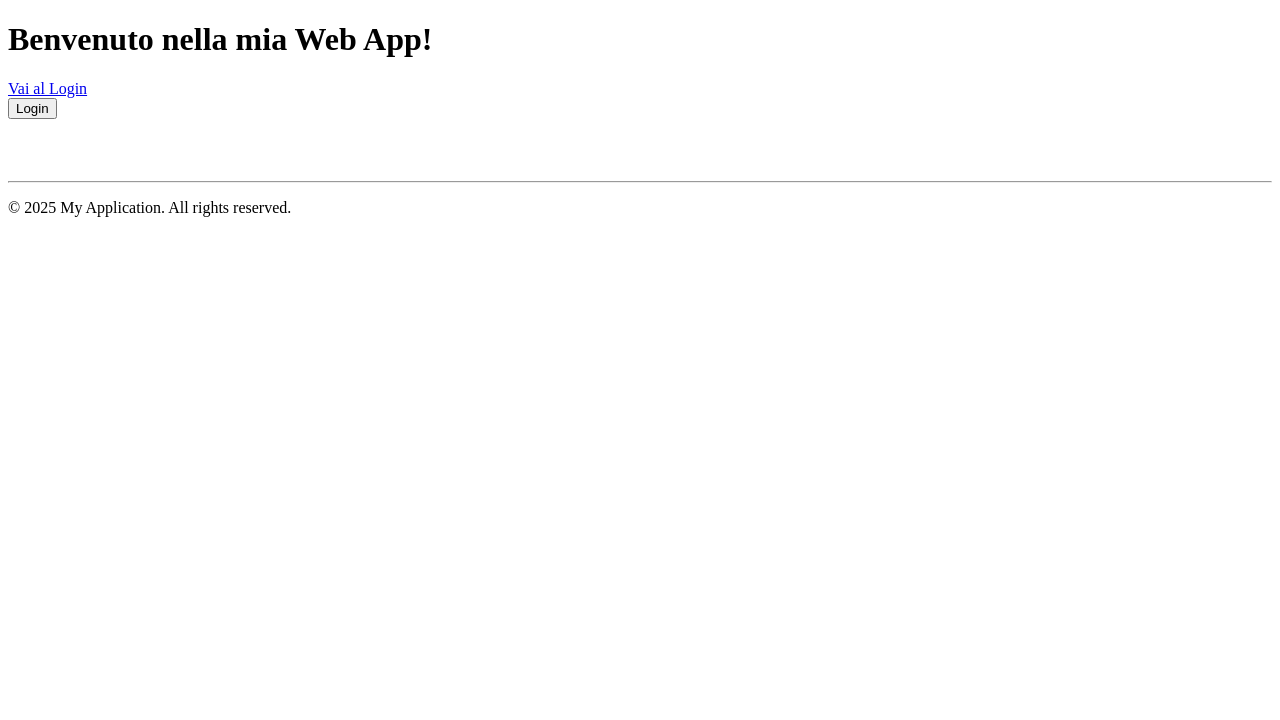
Repository: PcarloP/java_se
Page: http://localhost/anagraficaweb/jsp/home.jsp
These files come from the project's save history. The page is drawn as it stood at one moment and after the next save; the edit follows.
The browser window is 1280 px wide. The pictures show the whole page.
The page is served by Tomcat 10. Other server files are loaded and not shown.

Above is the page before, as saved 2025-06-23 07:02:34.

### anagraficaweb/WebContent/jsp/home.jsp
<!DOCTYPE html>
<html lang="it">
<head>
    <meta charset="UTF-8">
    <title>Benvenuto</title>
</head>
 <body>


  <div class="card">
    <h1>Benvenuto nella mia Web App!</h1>
    <a href="home.jsp">Vai al Login</a>
    <br />
    <button onclick="window.location.href='home.jsp'">Login</button>
  </div>


  <br>
  <br>
  <br>
  <hr>
    <jsp:include page="footer.jsp"/>

 </body>
</html>

### anagraficaweb/WebContent/jsp/footer.jsp
<footer>
	<p>&copy; 2025 My Application. All rights reserved.</p>
</footer>

After the next save:
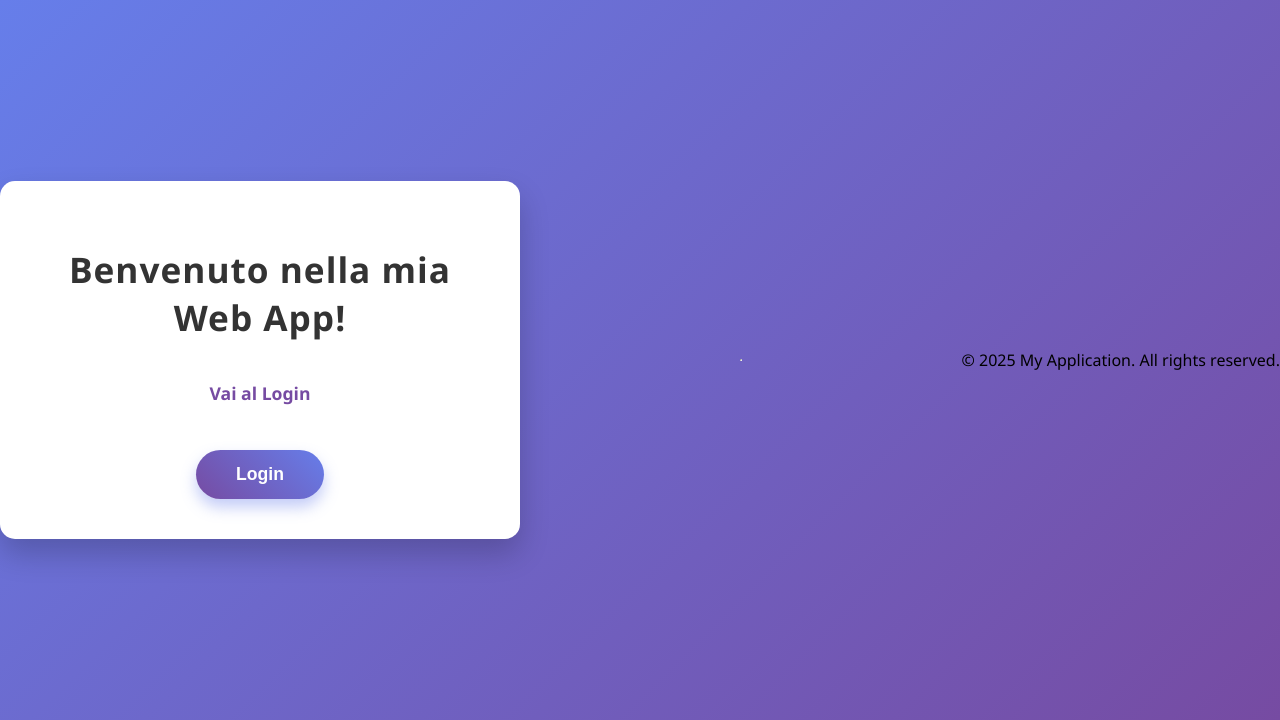
Saved 66 s later.
--- a/anagraficaweb/WebContent/jsp/home.jsp
+++ b/anagraficaweb/WebContent/jsp/home.jsp
@@ -3,6 +3,74 @@
 <head>
     <meta charset="UTF-8">
     <title>Benvenuto</title>
+     <style>
+    /* Sfondo sfumato */
+    body {
+      margin: 0;
+      height: 100vh;
+      font-family: 'Segoe UI', Tahoma, Geneva, Verdana, sans-serif;
+      background: linear-gradient(135deg, #667eea, #764ba2);
+      display: flex;
+      justify-content: center;
+      align-items: center;
+    }
+
+    /* Card centrale */
+    .card {
+      background: white;
+      padding: 40px 60px;
+      border-radius: 15px;
+      box-shadow: 0 15px 30px rgba(0,0,0,0.2);
+      text-align: center;
+      max-width: 400px;
+      width: 90%;
+    }
+
+    h1 {
+      margin-bottom: 20px;
+      color: #333;
+      font-weight: 700;
+      font-size: 2.2rem;
+      letter-spacing: 1px;
+    }
+
+    a {
+      display: inline-block;
+      margin: 20px 0;
+      font-size: 1.1rem;
+      color: #764ba2;
+      font-weight: 600;
+      text-decoration: none;
+      transition: color 0.3s ease;
+    }
+
+    a:hover {
+      color: #667eea;
+      text-decoration: underline;
+    }
+
+    /* Pulsante stilizzato */
+    button {
+      margin-top: 25px;
+      padding: 14px 40px;
+      font-size: 1.1rem;
+      font-weight: 700;
+      color: white;
+      background: linear-gradient(45deg, #764ba2, #667eea);
+      border: none;
+      border-radius: 50px;
+      cursor: pointer;
+      transition: transform 0.6s cubic-bezier(0.68, -0.55, 0.27, 1.55), box-shadow 0.3s ease;
+      box-shadow: 0 8px 15px rgba(102, 126, 234, 0.4);
+      user-select: none;
+    }
+
+    button:hover {
+      transform: rotate(360deg);
+      box-shadow: 0 15px 30px rgba(102, 126, 234, 0.7);
+    }
+
+  </style>
 </head>
  <body>
 
